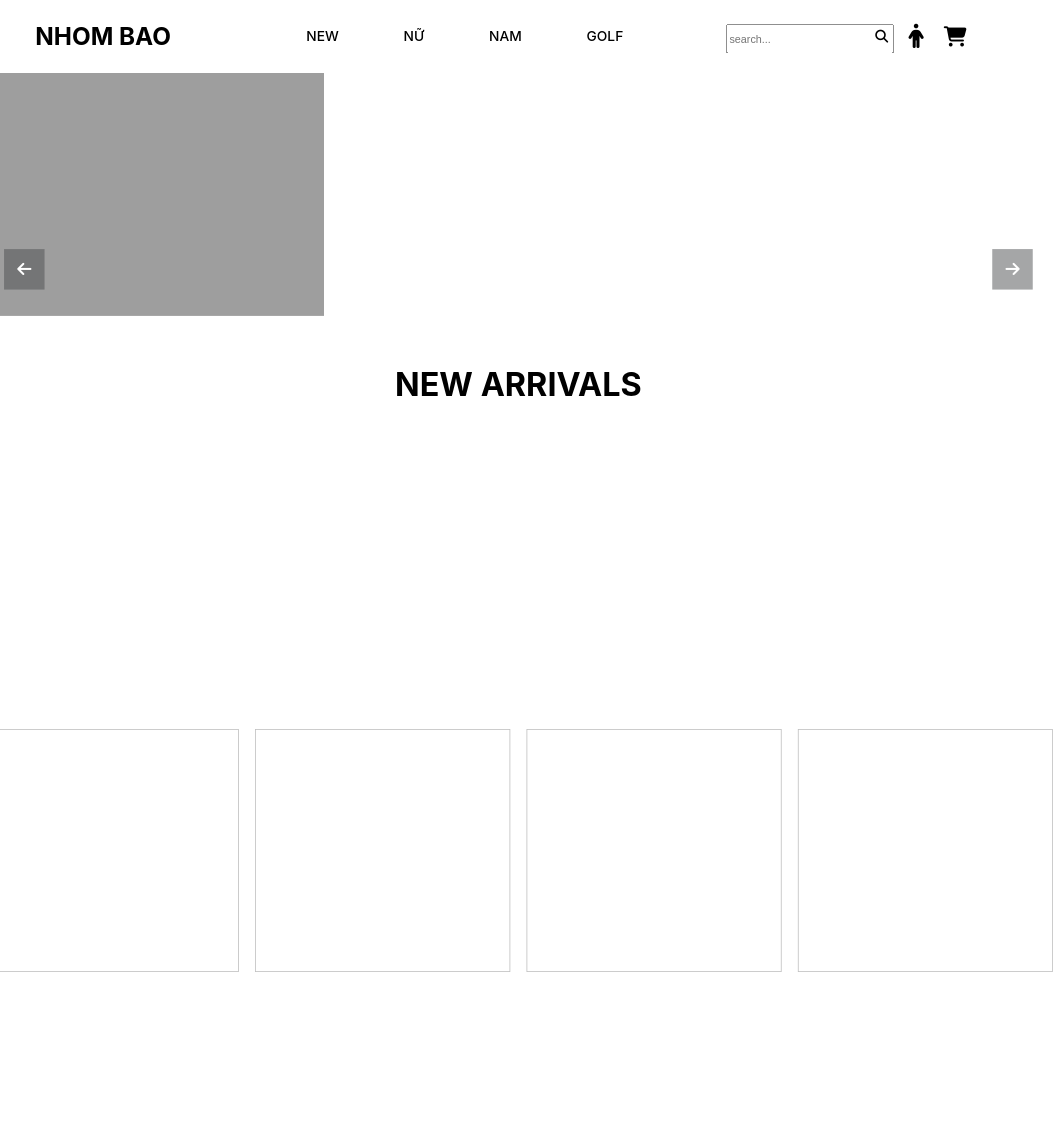
Repository: 0584386177/CuoiKiReactJs
Page: /
An editor plug-in stored every save of this project. The page is shown before and after a run of saves, followed by the edit.
The browser window is 1280 px wide. The page is 1310 px wide, then 1280 px, so the pictures cover 1310 px, including what lies to the right of the window. The pictures show the whole page, at 81% of full size.
Pictures or frames that could not be fetched are drawn as grey boxes. The page's requests for data from a server got no answer. The project was rebuilt for these pictures with package versions that can differ from the ones it lists, and the page was loaded fresh each time. No one was signed in, and anything a server would have sent is missing. Also part of the build but not shown: src/components/Men/Men.jsx, src/components/Women/Women.jsx.

Above is the page before, as saved 2023-11-10 23:18:00.

### src/App.js
import React from 'react';
import Page from './components/Page/Page';
import { Route,Routes } from 'react-router-dom';
import Men from './components/Men/Men';
import Women from './components/Women/Women';

const App = () => {
  return (
    <div>
      <Routes>
        <Route path='/' element = {<Page></Page>}></Route>
        <Route path='/women' element = {<Women></Women>}></Route>
        <Route path='/men' element={<Men></Men>}></Route>
      </Routes>
    </div>
  );
};

export default App;

### src/components/Page/Page.jsx
import React from 'react';
import Header from './Header';
import styled from 'styled-components';
import Slider from './Slider';
import NewArrivals from './NewArrivals';
const PageWrapper = styled.div`
    width: 100%;
    height: 100vh;
    max-width:1980px;
    margin: 0 auto;

`
const Page = () => {
    return (
        <PageWrapper>
        <Header/>
        <Slider/>
        <NewArrivals/>
        </PageWrapper>
    );
};

export default Page;

### src/components/Page/Header.jsx
import React from "react";
import styled from "styled-components";

const HeaderWrapper = styled.div`
  width: 100%;
  height: 90px;
  display: flex;
  justify-content: space-around;
  align-items: center;
`;
const HeaderLogo = styled.div`
  font-size: 15px;
`;
const HeaderMenu = styled.div`
  ul {
    display: flex;
    list-style: none;

    li {
      padding: 10px 20px;

      a {
        display: block;
        padding: 10px 20px;
        text-decoration: none;
        color: #000;
        font-weight: 500;
        font-size: 17px;
        position: relative;
      }
      a::before {
        content: "";
        position: absolute;
        left: 0;
        bottom: 0;
        height: 2px;
        background: #000000;
        transition: all 0.3s ease;
      }
      a:hover::before {
        width: 100%;
        animation: fluent 0.5s forwards;
      }
    }

    @keyframes fluent {
      0% {
        width: 0px;
      }
      100% {
        width: 100%;
      }
    }
  }
`;
const HeaderFeatures = styled.div`
  display: flex;
  align-items: center;
  width: 340px;
  height: 100%;
`;
const HeaderSearch = styled.div`
  width: 200px;
  height: 30px;
  position: relative;

  input {
    width: 200px;
    height: 30px;
  }
  i {
    position: absolute;
    right: 0;
    top: 50%;
    transform: translateY(-50%);
  }
`;
const HeaderAccount = styled.div`
  margin: 0px 25px;
  font-size: 30px;
`;
const HeaderCart = styled.div`
    font-size: 25px;
`;

const Header = () => {
  return (
    <HeaderWrapper>
      <HeaderLogo>
        <h1>NHOM BAO</h1>
      </HeaderLogo>
      <HeaderMenu>
        <ul>
          <li>
            <a href="#">NEW</a>
          </li>
          <li>
            <a href="#">NỮ</a>
          </li>
          <li>
            <a href="#">NAM</a>
          </li>
          <li>
            <a href="#">GOLF</a>
          </li>
        </ul>
      </HeaderMenu>
      <HeaderFeatures>
        <HeaderSearch className="search">
          <input type="text" placeholder="search..."></input>
          <i class="fa-solid fa-magnifying-glass"></i>
        </HeaderSearch>
        <HeaderAccount className="account">
          <i class="fa-solid fa-person"></i>
        </HeaderAccount>
        <HeaderCart className="cart">
          <i class="fa-solid fa-cart-shopping"></i>
        </HeaderCart>
      </HeaderFeatures>
    </HeaderWrapper>
  );
};

export default Header;

### src/components/Page/Slider.jsx
import React, { useState } from "react";
import styled from "styled-components";

const SliderWrapper = styled.div`
  width: 100%;
  height :800px;
  position: relative;
`;
const SliderButton = styled.div`
  width: 100%;
  position: absolute;
  top: 29%;
  left: 0;
  transform: translateY(-29%);
  display: flex;
  justify-content: space-between;
  align-items: center;
`;
const SliderNext = styled.button`
  width: 50px;
  height: 50px;
  color: white;
  background-color: rgba(76, 78, 80, 0.5);
  outline: none;
  border: none;
  margin-right: 5px;
  font-size: 20px;
  cursor: pointer;
`;
const SliderPre = styled.button`
  width: 50px;
  height: 50px;
  color: white;
  background-color: rgba(76, 78, 80, 0.5);
  outline: none;
  border: none;
  margin-left: 5px;
  font-size: 20px;
  cursor: pointer;
`;
const ArrivalsTitle = styled.div`
  position: relative;

  h1{
    position:absolute;
    top: 50%;
    left: 50%;
    transform: translate(-50%,-50%);
    margin: 5rem 0px;
    font-size: 40px;
  }
`
const Slider = () => {
  const arrayImage = [
    "https://file.hstatic.net/1000143422/file/desktop_banner_slider_1920x600_2link_ult-trn_4b3327ceb7184530ae9783ad00500c46.jpg",
    "https://file.hstatic.net/1000143422/file/desktop_banner_slider_1920x600_2link_street_9e990a78d04646e3ae0fe35feb29b499.jpg",
    "https://file.hstatic.net/1000143422/file/hero-desk_c4-w-1920x720_0cadeff9488b4baab4c417601e60ba7a.jpg",
    "https://file.hstatic.net/1000143422/file/ec-desktop_banner_1920x600px_062fbb7c60db49ada98de87f9f03862c.png",
    "https://file.hstatic.net/1000143422/file/desktop_banner_slider_1920x600_2link_soft_dd3b9719fd3e4818bb108c020a9af7a2.jpg",
  ];

  const [ImageIndexCurrent, setImageIndexCurrent] = useState(0);
  const handleClickNext = () => {
    setImageIndexCurrent(ImageIndexCurrent + 1);
    if (ImageIndexCurrent === 4) setImageIndexCurrent(0);
  };
  const handleClickPre = () => {
    setImageIndexCurrent(ImageIndexCurrent - 1);
    if (ImageIndexCurrent === 0) setImageIndexCurrent(4);
  };
  return (
    <SliderWrapper>
      <div className="image">
        <img src={arrayImage[ImageIndexCurrent]} alt=""></img>
      </div>
      <SliderButton>
        <SliderPre onClick={handleClickPre}>
          <i class="fa-solid fa-arrow-left"></i>
        </SliderPre>
        <SliderNext onClick={handleClickNext}>
          <i class="fa-solid fa-arrow-right"></i>
        </SliderNext>
      </SliderButton>
      <ArrivalsTitle>
        <h1>NEW ARRIVALS</h1>
      </ArrivalsTitle>

    </SliderWrapper>
  );
};

export default Slider;

### src/components/Page/NewArrivals.jsx
import React, { useEffect, useState } from "react";
import styled from "styled-components";

const ArrivalsWrapper = styled.div`
  width: 100%;
  height: 500px;
  display: flex;
  justify-content: center;
`;
// const ArrivalsTitle = styled.h1`
//   padding: 20px 0px;
// `;
const ArrivalsItems = styled.div`
  display: flex;
`;

const ArrivalsItem = styled.div`
  width: 315px;
  height: 405px;
  padding: 10px 10px;
  display: flex;
  flex-direction: column;
  align-items: center;
`;
const ItemImg = styled.img`
  width: 100%;
  height: 300px;
  object-fit: cover;
  flex-shrink: 0;
`;
const api = "http://localhost:3000/products";
const NewArrivals = () => {
  const [products, setProducts] = useState([null]);
  console.log(products);
  useEffect(() => {
    const fetchData = async () => {
      const response = await fetch(api);
      const data = await response.json();
      return setProducts(data);
    };
    fetchData();
  }, []);
  return (
    <ArrivalsWrapper>
      {/* <ArrivalsTitle>NEW ARRIVALS</ArrivalsTitle> */}

      <ArrivalsItems>
        {Array(4)
          .fill(null)
          .map((item, index) => {
            return (
              <ArrivalsItem>
                <ItemImg src={item?.image} alt="" key={item?.userID} />
                <h4>{item?.name}</h4>
              </ArrivalsItem>
            );
          })}
        {/* <ArrivalsItem>
          <ItemImg src={} alt="" />
          <h4>ECCOs</h4>
        </ArrivalsItem>{" "}

        <ArrivalsItem>
          <ItemImg src="https://source.unsplash.com/random" alt="" />
          <h4>ECCO</h4>
        </ArrivalsItem>
        <ArrivalsItem>
          <ItemImg src="https://source.unsplash.com/random" alt="" />
          <h4>ECCO</h4>
        </ArrivalsItem>
        <ArrivalsItem>
          <ItemImg src="https://source.unsplash.com/random" alt="" />
          <h4>ECCOs</h4>
        </ArrivalsItem> */}
      </ArrivalsItems>
    </ArrivalsWrapper>
  );
};

export default NewArrivals;

Loaded but not shown: public/index.html (common file); src/index.js (common file); src/index.css (common file); src/reportWebVitals.js (common file)

After the next 5 saves:
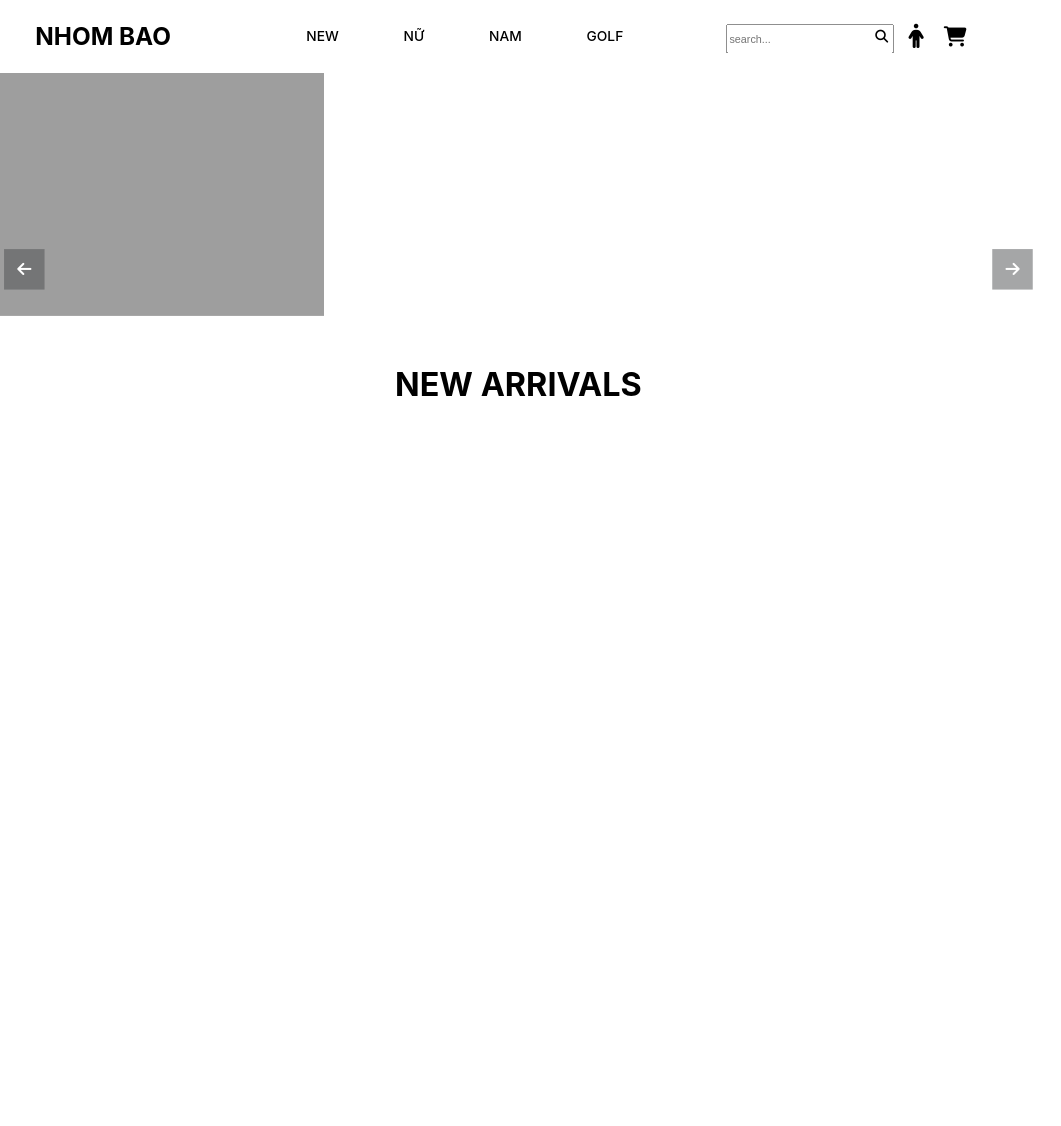
The 5 saves are shown as one change because 1 did not build or start and some came seconds apart.
The last was saved 3 min 6 s later.
--- a/src/components/Page/NewArrivals.jsx
+++ b/src/components/Page/NewArrivals.jsx
@@ -45,7 +45,7 @@ const NewArrivals = () => {
       {/* <ArrivalsTitle>NEW ARRIVALS</ArrivalsTitle> */}
 
       <ArrivalsItems>
-        {Array(4)
+        {products[0]&&Array(4)
           .fill(null)
           .map((item, index) => {
             return (
